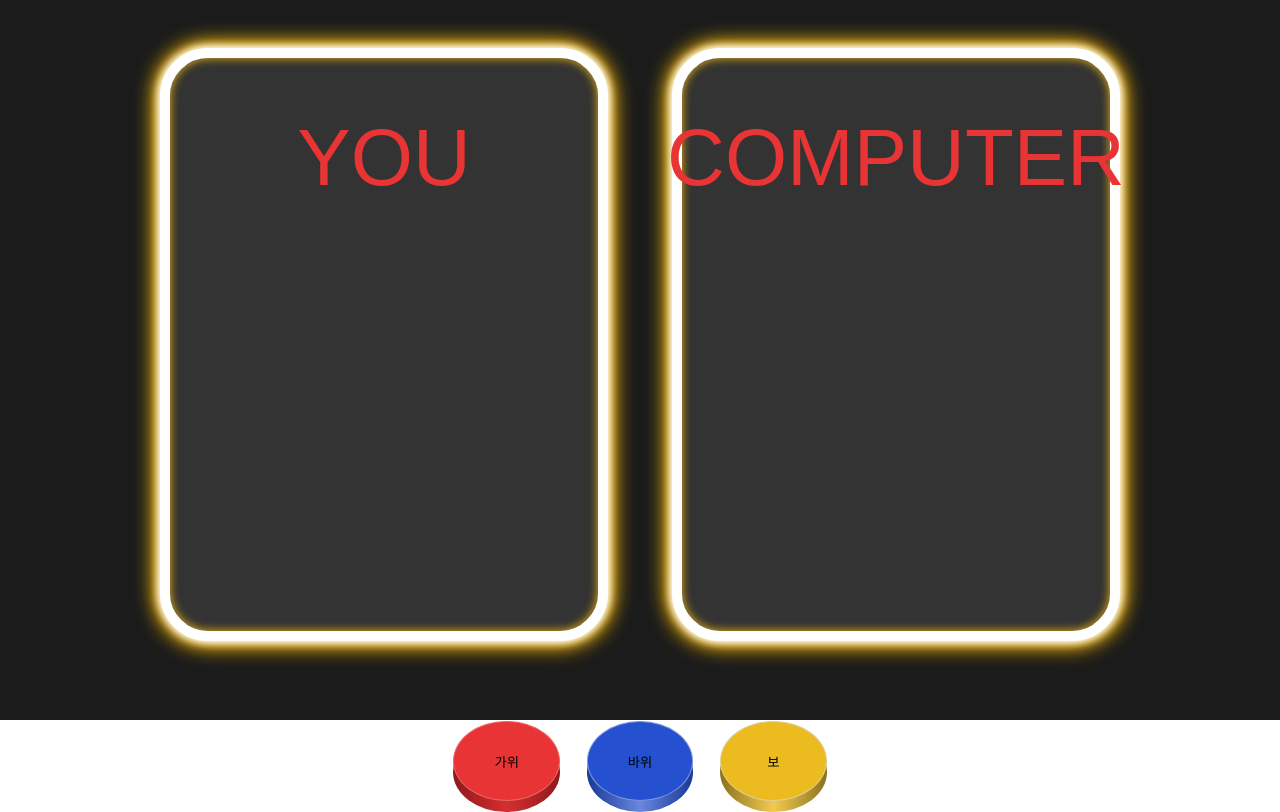
Repository: KIMMIHYE12/classComponent
Page: /
The author's editor kept a copy of each file at every save. The page is drawn from the files as they stood at one save, then again after the next save.
The browser window is 1280 px wide. The pictures show the whole page.
Some web fonts or font styles are not loaded; a fallback is used. The project was rebuilt for these pictures with package versions that can differ from the ones it lists, and the page was loaded fresh each time.

Above is the page before, as saved 2024-03-19 22:07:10.

### src/App.js
import { object } from "prop-types";
import { useState } from "react";
import "./App.css";
import { Box } from "./component/Box";

const choice = {
  scissors: {
    name: "Scissors",
    img: "/images/scissors.png",
    describe: "가위 이미지",
  },
  rock: {
    name: "Rock",
    img: "/images/rock.png",
    describe: "바위 이미지",
  },
  paper: {
    name: "Paper",
    img: "/images/paper.png",
    describe: "보 이미지",
  },
};

function App() {
  const [userSelect, setUserSelect] = useState(null);
  const [computerSelect, setComputerSelect] = useState(null);
  const [result, setResult] = useState("");

  const play = (userChoice) => {
    setUserSelect(choice[userChoice]);
    let computerChoice = remdomChoice();
    setComputerSelect(computerChoice);
    setResult(judgement(choice[userChoice], computerChoice));
  };

  const remdomChoice = () => {
    let itemArray = Object.keys(choice);
    let randomItem = Math.floor(Math.random() * itemArray.length);
    let final = itemArray[randomItem];
    return choice[final];
  };

  const judgement = (user, computer) => {
    if (user.name == computer.name) {
      return "Tie";
    } else if (user.name == "Scissors")
      return computer.name == "Paper" ? "Win" : "Lose";
    else if (user.name == "Rock")
      return computer.name == "Scissors" ? "Win" : "Lose";
    else if (user.name == "Paper")
      return computer.name == "Rock" ? "Win" : "Lose";
  };

  return (
    <div className='content'>
      <div className='game_screen'>
        <Box title='YOU' item={userSelect} result={result} />
        <Box title='COMPUTER' item={computerSelect} result={result} />
      </div>
      <div className='btn_wrap'>
        <button
          className='scissors'
          onClick={() => {
            play("scissors");
          }}
        >
          가위
        </button>
        <button
          className='rock'
          onClick={() => {
            play("rock");
          }}
        >
          바위
        </button>
        <button
          className='paper'
          onClick={() => {
            play("paper");
          }}
        >
          보
        </button>
      </div>
    </div>
  );
}

export default App;

### src/App.css
@import url("https://use.typekit.net/ebb2deg.css");

* {
  box-sizing: border-box;
}

.content {
  height: 100vh;
  padding: 3em 0;
  background-color: #1b1b1b;
}

.game_screen {
  width: 100%;
  display: flex;
  justify-content: center;
}

.box {
  width: 35%;
  display: flex;
  flex-direction: column;
  align-items: center;
  margin: 0 2em;
  border: 10px solid #444;
  background: #333;
  border-radius: 3rem;
}

.neon {
  border: 10px solid #fff;
  box-shadow: 0 0 10px #fff, 0 0 10px #fff, 0 0 24px #f5b70c, 0 0 16px #f5b70c,
    0 0 24px #f5b70c, inset 0 0 10px #f5b70c;
}

h1 {
  font-size: 5em;
  color: #e83435;
  font-family: "gloridot", sans-serif;
  font-weight: 400;
  font-style: normal;
}

h2 {
  heigh: 2em;
  font-size: 2em;
  color: #e83435;
  font-family: "gloridot", sans-serif;
  font-weight: 400;
  font-style: normal;
  letter-spacing: 0.3rem;
}

h2::before {
  content: " ";
  font-size: 2em;
}

.img_wrap {
  width: 70%;
  height: 0;
  padding-bottom: 75%;
}

img {
  width: 100%;
}

.btn_wrap {
  position: relative;
  margin-top: 5em;
  display: flex;
  justify-content: center;
  z-index: 1;
}

.btn_wrap button {
  position: relative;
  width: 8em;
  height: 6em;
  margin: 0 1em;
  border-radius: 50%;
  top: 0;
  outline: 0;
}

.btn_wrap button.scissors {
  background-color: #e83435;
  border: 1px solid #ec6666;
}

.btn_wrap button.rock {
  background-color: #2551d1;
  border: 1px solid #8097dc;
}

.btn_wrap button.paper {
  background-color: #ebbb1f;
  border: 1px solid #dfcf98;
}

.btn_wrap button:before {
  width: 8em;
  height: 6em;
  display: inline-block;
  content: "";
  position: absolute;
  top: 10px;
  left: -1px;
  right: 0;
  background: red;
  border-radius: 50%;
  z-index: -1;
}

.btn_wrap button.scissors:before {
  background: linear-gradient(
    90deg,
    rgba(143, 25, 25, 1) 0%,
    rgba(212, 47, 48, 1) 50%,
    rgba(143, 25, 25, 1) 100%
  );
}

.btn_wrap button.rock:before {
  background: linear-gradient(
    90deg,
    rgba(23, 56, 152, 1) 0%,
    rgba(106, 135, 221, 1) 50%,
    rgba(23, 56, 152, 1) 100%
  );
}

.btn_wrap button.paper:before {
  background: linear-gradient(
    90deg,
    rgba(139, 113, 30, 1) 0%,
    rgba(241, 203, 80, 1) 50%,
    rgba(139, 113, 30, 1) 100%
  );
}

.btn_wrap button:active {
  top: 4px;
}

.btn_wrap button:active:before {
  top: 6px;
}

### src/component/Box.js
import React from "react";

export const Box = (props) => {
  let result;
  console.log("title", props.title);

  if (
    props.title === "COMPUTER" &&
    props.result !== "Tie" &&
    props.result !== ""
  ) {
    result = props.result == "Win" ? "Lose" : "Win";
  } else {
    result = props.result;
  }

  return (
    <div className={`box ${result == "Lose" ? "" : "neon"}`}>
      <h1>{props.title}</h1>
      <div className='img_wrap'>
        <img
          src={props.item && props.item.img}
          alt={props.item && props.item.describe}
        />
      </div>

      <h2>{result}</h2>
    </div>
  );
};

Loaded but not shown: public/index.html (common file); src/index.js (common file); src/index.css (common file); src/reportWebVitals.js (common file)

After the next save:
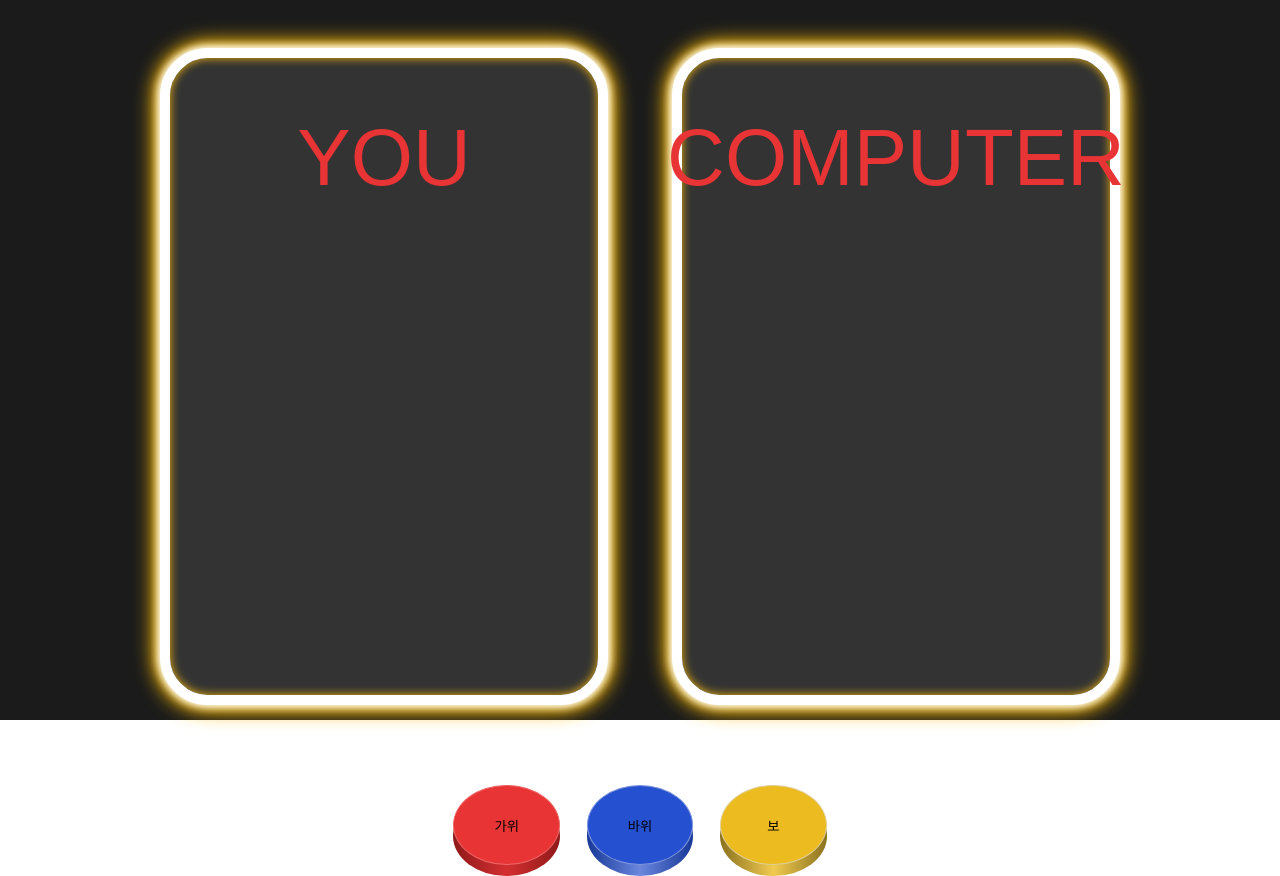
Saved 4 s later.
--- a/src/App.css
+++ b/src/App.css
@@ -42,7 +42,7 @@ h1 {
 }
 
 h2 {
-  heigh: 2em;
+  height: 2em;
   font-size: 2em;
   color: #e83435;
   font-family: "gloridot", sans-serif;
